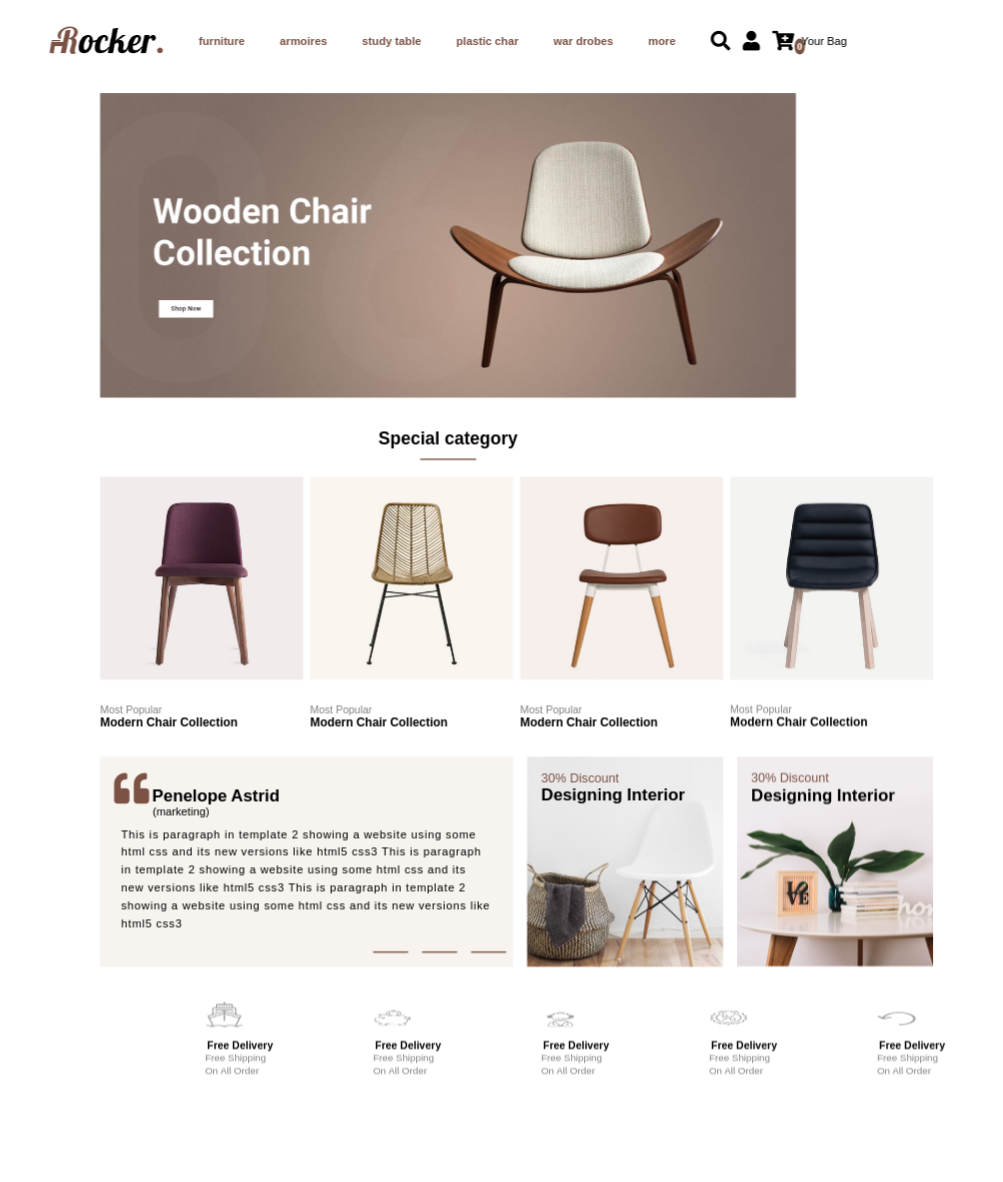
Repository: Ahmed123rezk123/p2-template
Page: index.html
These files come from the project's save history. The page is drawn as it stood at one moment and after the next save; the edit follows.
The browser window is 1280 px wide. The page is 1353 px wide, then 1433 px, so the pictures cover 1433 px, including what lies to the right of the window. The pictures show the whole page, at 70% of full size.

Above is the page before, as saved 2024-01-24 22:43:23.

### index.html
<!DOCTYPE html>
<html lang="en">
<head>
   <meta charset="UTF-8">
    <title>Project2</title>
  <link rel="stylesheet" href="css/style.css">
  <link rel="stylesheet" href="css/all.css">
</head>
<body>
    <!-- Header -->
    <header>
        <div class="container">
        <div class="logo">
            <a href="#"><img src="images/logo.png" alt="LOGO"></a>
        </div>
        <nav>
            <ul>
                <li><a href="#" class="active">furniture</a></li>
                <li><a href="#">armoires</a></li>
                <li><a href="#">study table</a></li>
                <li><a href="#">plastic char</a></li>
                <li><a href="#">war drobes</a></li>
                <li><a href="#">more</a></li>
            </ul>
            <div class="icons">
            <i class="fas fa-search"></i>
            <i class="fas fa-user"></i>
            <i class="fas fa-cart-plus i3"></i>
            </div>
        <span>Your Bag</span>
        </nav>
        </div>
    </header>
    <!-- Start Section 1 -->
    <section class="section1">
        <div class="container">
            <img src="images/main-banner-1-1600x700.jpg" alt="">
        </div>
    </section>
    <!-- End Section 1 -->
    <!-- Start Section 2 -->
    <section class="section2">
        <div class="container">
            <div class="div">
            <h2 class="specail">Special category</h2>
            <div class="line"></div>
            </div>
           <div class="parent1">
            <div class="div1">
                <img src="images/category-banner1.jpg" alt="">
                <p>Most Popular</p>
            <h3>Modern Chair Collection</h3>
            </div>
            <div class="div2">
                <img src="images/category-banner2.jpg" alt="">
                <p>Most Popular</p>
                <h3>Modern Chair Collection</h3></div>
            <div class="div3">
                <img src="images/category-banner3.jpg" alt="">
                <p>Most Popular</p>
                <h3>Modern Chair Collection</h3>
            </div>
            <div class="div4">
                <img src="images/category-banner4.jpg" alt="">
                <p>Most Popular</p>
                <h3>Modern Chair Collection</h3>
            </div>
            <div class="div5">
                <i class="fas fa-quote-left comma"></i>
                <h2>Penelope Astrid</h2>
                <span>(marketing)</span>
                <p>This is paragraph in template 2 showing a website using some html css and its new versions like html5 css3 This is paragraph in template 2 showing a website using some html css and its new versions like html5 css3 This is paragraph in template 2 showing a website using some html css and its new versions like html5 css3</p>
                <div class="child"></div>
            </div>
            <div class="div6"></div>
            <div class="div7">
                <p>30% Discount</p>
                <h2>Designing Interior</h2>
            </div>
            <div class="div8">
                <p>30% Discount</p>
                <h2>Designing Interior</h2>
            </div>
            <div class="parent2">
                <div class="div1-1">
                    <img src="images/icon1-1.png" alt="">
                    <div class="content-div1">
                    <h3>Free Delivery</h3>
                    <span>Free Shipping On All Order</span>
                </div>
                </div>
                <div class="div2-1">
                    <img src="images/icon2-1.png" alt="">
                    <div class="content-div2">
                        <h3>Free Delivery</h3>
                        <span>Free Shipping On All Order</span>
                    </div>
                </div>
                <div class="div3-1">
                    <img src="images/icon3-1.png" alt="">
                    <div class="content-div3">
                        <h3>Free Delivery</h3>
                        <span>Free Shipping On All Order</span>
                    </div>
                </div>
                <div class="div4-1">
                    <img src="images/icon4-1.png" alt="">
                    <div class="content-div4">
                        <h3>Free Delivery</h3>
                        <span>Free Shipping On All Order</span>
                    </div>
                </div>
                <div class="div5-1">
                    <img src="images/icon5-1.png" alt="">
                    <div class="content-div5">
                        <h3>Free Delivery</h3>
                        <span>Free Shipping On All Order</span>
                    </div>
                </div>
            </div>
           </div>
        </div>
    </section>
    <!-- End Section 2 -->
</body>
</html>

### css/style.css
/* Start variables */
:root {
    --maincolor: #7b5244;
    --subcolor: #333;
}
/* End variables */
/* Start Global Rules   */
* {
    -webkit-box-sizing: border-box;
    -moz-box-sizing: border-box;
    box-sizing: border-box;
   padding: 0;
   margin: 0;
}
body {
    font-family: Arial, Helvetica, sans-serif;
    perspective: 700px;
    transform-style: preserve-3d;
}
html {
    scroll-behavior: smooth;
}
ul {
    list-style: none;
}
.container {
    width: 80%;
    padding-left: 15px;
    padding-right: 15px;
    margin-left: auto;
    margin-right: auto;
}

/* Small */

@media(min-width: 768px) {
    .container {
       width: 750px;
    }
}

/* Medium */

@media(min-width: 992px) {
    .container {
        width: 970px;
    }
}

/* Large  */

@media(min-width: 1200px) {
    .container {
        width: 1170px;
    }
}
/* End Global Rules   */
/* Start Header */
header .container {
    display: flex;
    justify-content: space-between;
    align-items: center;
    position: relative;
    min-height: 97px;
 }
 header nav {
    flex: 1;
    display: flex;
    align-items: center;
    justify-content: flex-end;
}
 header nav ul {
    display: flex;

}
header nav ul li a {

    display: block;
    color: var(--maincolor);
    text-decoration: none;
    font-size: 16px;
    font-weight: bold;
    padding: 50px 0px;
    margin-right: 50px;
}

/* header nav ul li a:hover::before{
content: "";
position: absolute;
border-left: 2px solid var(--maincolor);
border-right: 2px solid var(--maincolor);
width: 60px;
height: 35px;

}  */
header nav .icons {
    font-weight: bold;
    font-size: 28px;
   word-spacing: 10px;
   margin-right: 10px;
}
header nav .icons .i3::after {
    position: absolute;
    content: "0";
    background-color: #7b5244;
    color: #fff;
    padding: 4px;
    border-radius: 50%;
    font-size: 15px;
    bottom: 40px;
    right: 75px;

}
/* End Header */


/* Start section 1 */
.section1 .container {
    width: 80%;
    position: relative;
    margin-top: 15px;
    margin-bottom: 40px;
    margin-left: auto;
    margin-right: auto;

}
.section1 .container img{
 width: 100%;
}
/* End section 1 */


/* Start Section 2 */
.section2 .container {
    width: 80%;
    position: relative;
}
.section2 .container .div {
    margin: 40px auto;
}
.section2 .container .specail {
    text-align: center;
    font-size: 25px;
}
.section2 .container .line {
 position: relative;
}
.section2 .container .line::before {
    content: "";
    position: absolute;
    width: 8%;
    height: 2px;
    background-color: var(--maincolor);
    top: 50%;
    left: 50%;
    transform: translate(-50%,-50%);
    margin: 15px 0;
    transition: .5s;
}
.section2 .container .div:hover  .line::before {
    content: "";
    position: absolute;
    width: 13%;
    height: 2px;
    background-color: var(--maincolor);
    top: 50%;
    left: 50%;
    transform: translate(-50%,-50%);
    margin: 15px 0;
}
.section2 .container .parent1 {
    width: 80%;
    display: grid;
    grid-template-columns: 200px 200px 200px 200px;
    grid-template-rows: 250px 250px;
   grid-gap: 150px 100px;
}
.section2 .container .parent1 img {
    width: 290px ;
    height: 290px;
    margin-bottom: 30px;
}
.section2 .container .parent1 p {
    color: gray;
    font-size: 15px;
}
.section2 .container .parent1 h3 {
    font-size: 17px;
}
.section2 .container .parent1 .div1,
.section2 .container .parent1 .div2,
.section2 .container .parent1 .div3,
.section2 .container .parent1 .div4 {
    position: relative;
}
.section2 .container .parent1 .div1:hover::before {
position: absolute;
content: " > ";
width: 30px;
height: 30px;
background-color: brown;
color: white;
text-align: center;
font-size: 25px;
top: 330px;
left: 260px;
}
.section2 .container .parent1 .div2:hover::before {
    position: absolute;
    content: " > ";
    width: 30px;
    height: 30px;
    background-color: brown;
    color: white;
    text-align: center;
    font-size: 25px;
    top: 330px;
    left: 260px;
}
.section2 .container .parent1 .div3:hover::before {
    position: absolute;
    content: " > ";
    width: 30px;
    height: 30px;
    background-color: brown;
    color: white;
    text-align: center;
    font-size: 25px;
    top: 330px;
    left: 260px;
    }
.section2 .container .parent1 .div4:hover::before {
    position: absolute;
    content: " > ";
    width: 30px;
    height: 30px;
    background-color: brown;
    color: white;
    text-align: center;
    font-size: 25px;
    top: 330px;
    left: 260px;
    }
    .section2 .container .parent1 .div5 {
        width: 590px;
        height: 300px;
        position: relative;
        background-color: #f7f3ef;
        padding: 20px;
        grid-column: 1 / 3;
        grid-row: 2 / 3;
    }
    .section2 .container .parent1 .div5 .comma {
       font-size: 50px;
       color: var(--maincolor);
    }
    .section2 .container .parent1 .div5 h2 {
        display: inline-flex;
    }
    .section2 .container .parent1 .div5 span {
        display: block;
        margin-left: 55px;
    }
    .section2 .container .parent1 .div5 p {
        margin: 10px;
        color: black;
        font-size: 16px;
        line-height: 1.6;
        letter-spacing: 1.1px;
    }
    .section2 .container .parent1 .div5::before {
        content: "";
        position: absolute;
        width: 50px;
        height: 2px;
        background-color: var(--maincolor);
        bottom: 20px;
        right: 10px;

    }
    .section2 .container .parent1 .div5::after {
        content: "";
        position: absolute;
        width: 50px;
        height: 2px;
        background-color: var(--maincolor);
        bottom: 20px;
        right: 80px;

    }
    .section2 .container .parent1 .div5 .child::before {
        content: "";
        position: absolute;
        width: 50px;
        height: 2px;
        background-color: var(--maincolor);
        bottom: 20px;
        right: 150px;

    }
    .section2 .container .parent1 .div7 {
        width: 280px;
        height: 300px;
        position: relative;
        background-image: url(../images/cms-banner-1.jpg);
        background-size: cover;
        margin-left: 10px;
        grid-column: 3 / 4;
        grid-row: 2 / 4;
        transition: .5s;
    }

    .section2 .container .parent1 .div8 {
        width: 280px;
        height: 300px;
        position: relative;
        background-image: url(../images/cms-banner-2.jpg);
        background-size: cover;
        margin-left: 10px;
        grid-column: 4 / 5;
        grid-row: 2 / 5;
        transition: .5s;
    }
    .section2 .container .parent1 .div7 p,
    .section2 .container .parent1 .div8 p {
        padding-left: 20px;
        padding-top: 20px;
        font-size: 18px;
        color: var(--maincolor);
    }
    .section2 .container .parent1 .div7 h2,
    .section2 .container .parent1 .div8 h2 {
        padding-left: 20px;
    }
    .section2 .container .parent1 .div7:hover,
    .section2 .container .parent1 .div8:hover
    {
        /* width: 280px;
        height: 300px; */
        transform: scale( 1.1 , 1.1 );
    }
    .section2 .container .parent1 .parent2 {
        position: relative;
        display: flex;
        justify-content: space-between;
        margin-top: -50px;
        margin-left: -150px;
    }

    .section2 .container .parent1 .parent2 .div1-1,
    .section2 .container .parent1 .parent2 .div2-1,
    .section2 .container .parent1 .parent2 .div3-1,
    .section2 .container .parent1 .parent2 .div4-1,
    .section2 .container .parent1 .parent2 .div5-1 {
        margin-right: 140px;
     }
    .section2 .container .parent1 .parent2 .div1-1 .content-div1 ,
    .section2 .container .parent1 .parent2 .div2-1 .content-div2 ,
    .section2 .container .parent1 .parent2 .div3-1 .content-div3 ,
    .section2 .container .parent1 .parent2 .div4-1 .content-div4 ,
    .section2 .container .parent1 .parent2 .div5-1 .content-div5   {
        width: 100px;

         margin-top: -30px;


    }

    .section2 .container .parent1 .parent2 .div1-1 h3,
    .section2 .container .parent1 .parent2 .div2-1 h3,
    .section2 .container .parent1 .parent2 .div3-1 h3,
    .section2 .container .parent1 .parent2 .div4-1 h3,
    .section2 .container .parent1 .parent2 .div5-1 h3 {
        font-size: 15px;
        text-align: center;
    }
    .section2 .container .parent1 .parent2 .div1-1 span ,
    .section2 .container .parent1 .parent2 .div2-1 span ,
    .section2 .container .parent1 .parent2 .div3-1 span  ,
    .section2 .container .parent1 .parent2 .div4-1 span ,
    .section2 .container .parent1 .parent2 .div5-1 span  {

        color: gray;
        font-size: 14px;
    }
    .section2 .container .parent1 .parent2 img {


        width: 55px;
        height: 50px;
    }

/* End Section 2 */

Loaded but not shown: css/all.css (library)

After the next save:
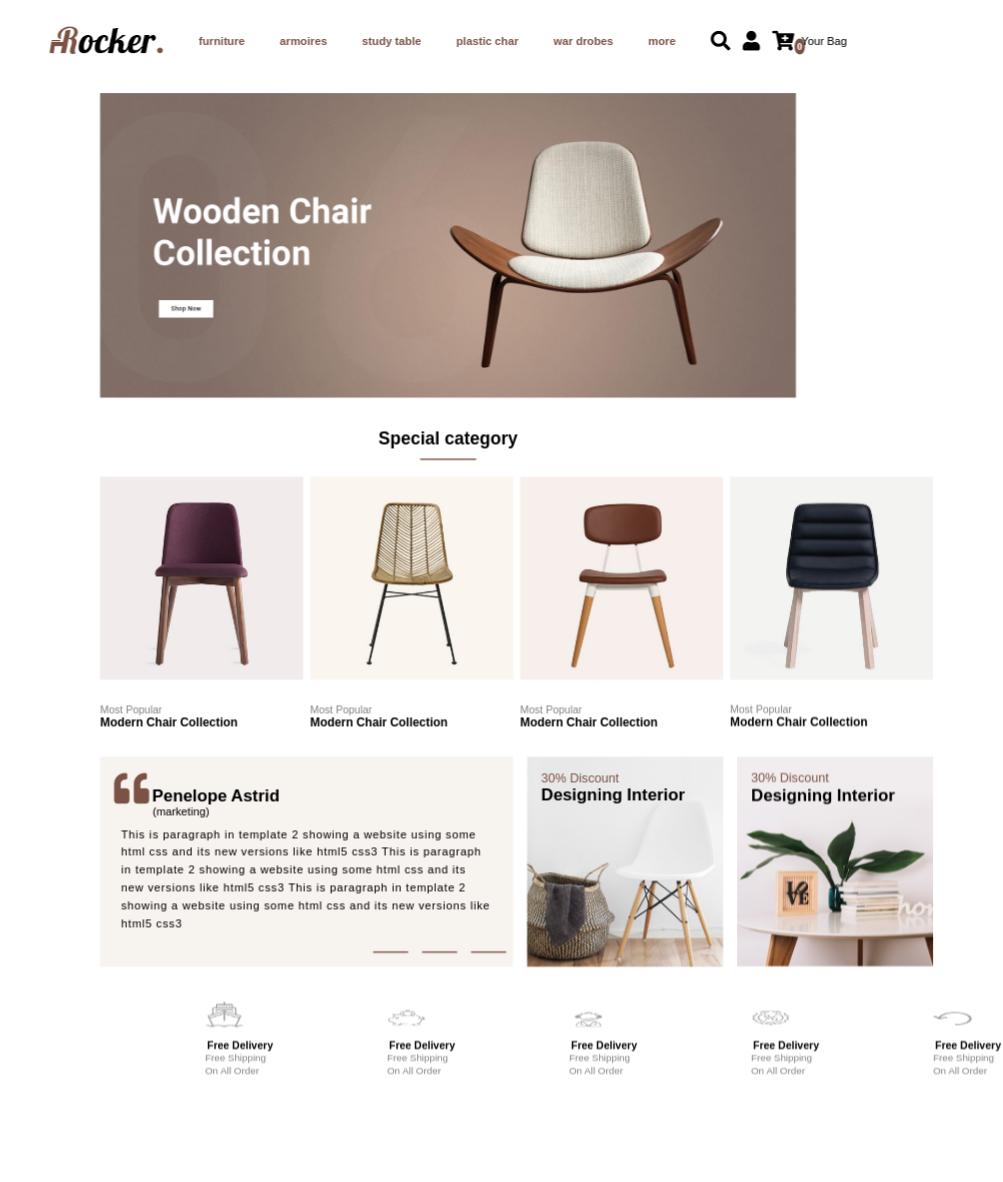
Saved 11 s later.
--- a/css/style.css
+++ b/css/style.css
@@ -352,7 +352,7 @@ left: 260px;
     .section2 .container .parent1 .parent2 .div3-1,
     .section2 .container .parent1 .parent2 .div4-1,
     .section2 .container .parent1 .parent2 .div5-1 {
-        margin-right: 140px;
+        margin-right: 160px;
      }
     .section2 .container .parent1 .parent2 .div1-1 .content-div1 ,
     .section2 .container .parent1 .parent2 .div2-1 .content-div2 ,
